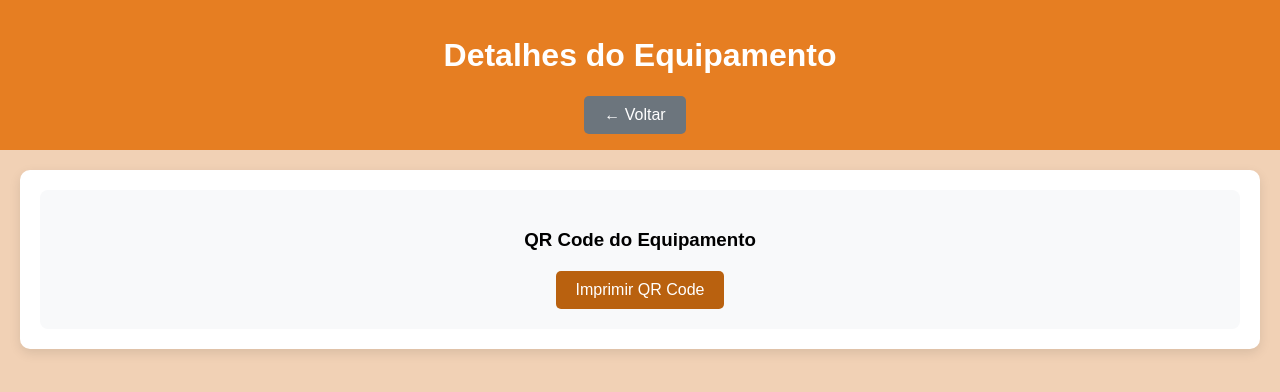
Repository: davyjales/inventario-TI
Page: detalhesEquipamento.html
These files come from the project's save history. The page is drawn as it stood at one moment and after the next save; the edit follows.
The browser window is 1280 px wide. The pictures show the whole page.

Above is the page before, as saved 2025-08-18 17:25:27.

After the next save:
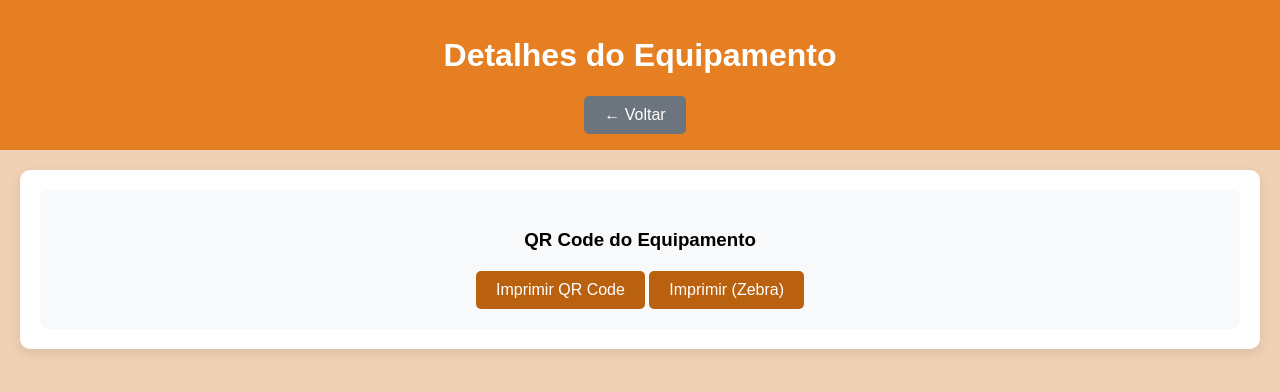
Saved 5 h 5 min later.
--- a/detalhesEquipamento.html
+++ b/detalhesEquipamento.html
@@ -143,9 +143,10 @@
         <div class="qr-section">
             <h3>QR Code do Equipamento</h3>
             <div id="qr-code-container" class="qr-code"></div>
-            <div class="print-controls">
-                <button class="btn-print" onclick="printQRCode()">Imprimir QR Code</button>
-            </div>
+        <div class="print-controls">
+            <button class="btn-print" onclick="printQRCode()">Imprimir QR Code</button>
+            <button class="btn-print" onclick="printQRCodeForZebra()">Imprimir (Zebra)</button>
+        </div>
         </div>
     </main>
 
